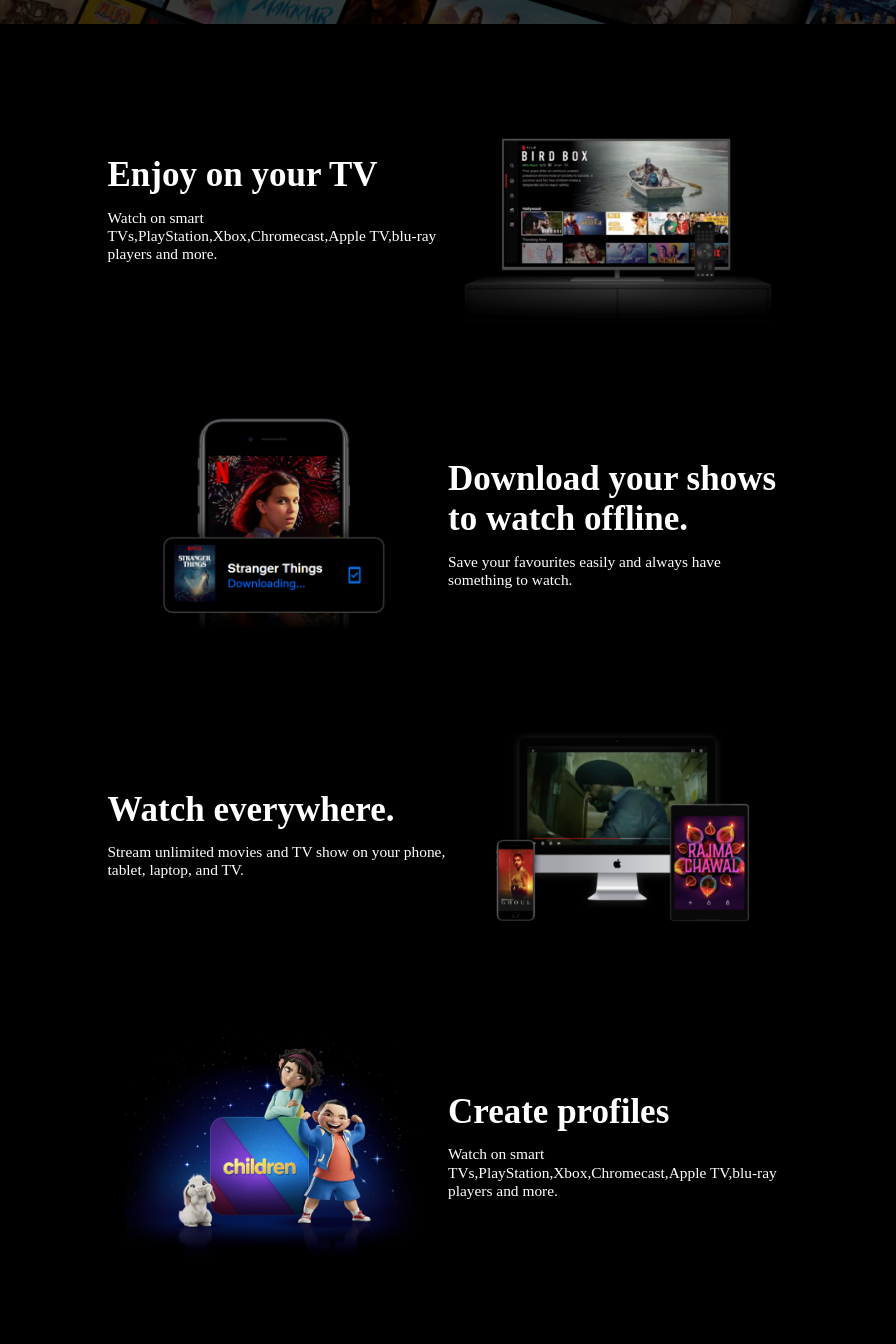
Repository: kiranjeetkaur01/netflixclone.github.io
Page: index.html
An editor plug-in stored every save of this project. The page is shown before and after a run of saves, followed by the edit.
The browser window is 1280 px wide. The pictures show the part of the page from y = 686 to 2606 px (the page is 2606 px tall), at 70% of full size.

Above is the page before, as saved 2023-09-11 17:58:03.

### index.html
<!DOCTYPE html>
<html lang="en">
<head>
    <meta charset="UTF-8">
    <meta name="viewport" content="width=device-width, initial-scale=1.0">
    <title>Netflix Clone</title>
    <link rel="stylesheet" href="style.css">
</head>
<body>
   <div class="header">
<nav>
    <img src="./logo.png" alt="" class="logo">
    <div>
        <button class="language-btn">English <img src="./down-icon.png" alt=""></button>
        <button>Sign In</button>
    </div>
</nav>
<div class="header-content">
    <h1>Laughter. &nbsp;Tears.&nbsp; Thrills.&nbsp; Find it all on <br>Netflix.</h1>
    <h3>Watch anywhere. Cancel anytime.</h3>
    <p>Ready to watch? Enter your email to create or restart your membership.</p>
    <form class="email-signup">
        <input type="email" placeholder="Email address" required>
        <button type="submit">Get Started</button>
    </form>

</div>
   </div>
   <div class="features">
    <div class="row">
        <div class="text-col">
            <h2>Enjoy on your TV</h2>
            <P>Watch on smart TVs,PlayStation,Xbox,Chromecast,Apple TV,blu-ray players and more.</P>
        </div>
        <div class="img-col">
            <img src="./feature-1.png" alt="">
        </div>
    </div>
    <div class="row">
        <div class="img-col">
            <img src="./feature-2.png" alt="">
        </div>
        <div class="text-col">
            <h2>Download your shows to watch offline.</h2>
            <P>Save your favourites easily and always have something to watch.</P>
        </div>

    </div>
    <div class="row">
        <div class="text-col">
            <h2>Watch everywhere.</h2>
            <P>Stream unlimited movies and TV show on your phone, tablet, laptop, and TV.</P>
        </div>
        <div class="img-col">
            <img src="./feature-3.png" alt="">
        </div>
    </div>
    <div class="row">
        <div class="img-col">
            <img src="./feature-4.png" alt="">
        </div>
        <div class="text-col">
            <h2>Create profiles </h2>
            <P>Watch on smart TVs,PlayStation,Xbox,Chromecast,Apple TV,blu-ray players and more.</P>
        </div>

    </div>
   </div>
</body>
</html>

### style.css
*{
    margin: 0;
    padding: 0;
    box-sizing: border-box;
    font-family: gilroy;
}
html,body{
    height: 100%;
    width: 100%;
}
body{
    background: #000;
    color: #fff;
}
.header{
    width: 100%;
    height: 100vh;
    background-image: linear-gradient(rgba(0,0,0,0.7),rgba(0,0,0,0.7)),url(./bg.jpg);
    background-size: cover;
    background-position: center;
    padding: 10px 8%;
    position: relative;
}
nav{
    display: flex;
    align-items: center;
    justify-content: space-between;
    padding: 10px 0;
}
.logo{
    width: 140px;
    cursor: pointer;
}
nav button{
    border: 0;
    outline: 0;
    background: #db0001;
    color: #fff;
    padding: 7px 20px;
    font-size: 12px;
    border-radius: 4px;
    margin-left: 10px;
    cursor: pointer;
}
.language-btn{
    display: inline-flex;
    align-items: center;
    background: transparent;
    border: 1px solid #fff;
    padding: 7px 10px;
}
.language-btn img{
    width: 10px;
    margin-left: 10px;
}

.header-content{
    position: absolute;
    top: 50%;
    left: 50%;
    transform: translate(-50%,-50%);
    text-align: center;
    margin-top: 60px;
}
.header-content h1{
    font-size: 35px;
    line-height: 40px;
    font-weight: 600;
    letter-spacing: 1px;
    max-width: 680px;
}
.header-content h3{
    font-weight: 400;
    margin-bottom: 20px;
}
.email-signup{
    background: #fff;
    border-radius: 4px;
display: flex;
align-items: center;
margin-top: 30px;
overflow: hidden;
}
.email-signup input{
    flex: 1;
    border: 0;
    outline: 0;
    margin-left: 20px;
}
.email-signup button{
    background: #db0001;
    border: 0;
    outline: 0;
    color: #fff;
    font-size: 16px;
    cursor: pointer;
    padding: 15px 30px;
}
/* --------features---------- */
.features{
    padding: 50px 12%;
    font-size: 22px;
}
.row{
    display: flex;
    width: 100%;
    align-items: center;
    flex-wrap: wrap;
    padding: 50px 0;
}
.text-col{
    flex-basis: 50%;
    margin-bottom: 20px;
}
.img-col{
    flex-basis: 50%;
    margin-bottom: 20px;
}
.img-col img{
    display: block;
    width: 90%;
    margin: auto;

}
.features h2{
    font-size: 50px;
    font-weight: 600;
    margin-bottom: 20px;
}

After the next 2 saves:
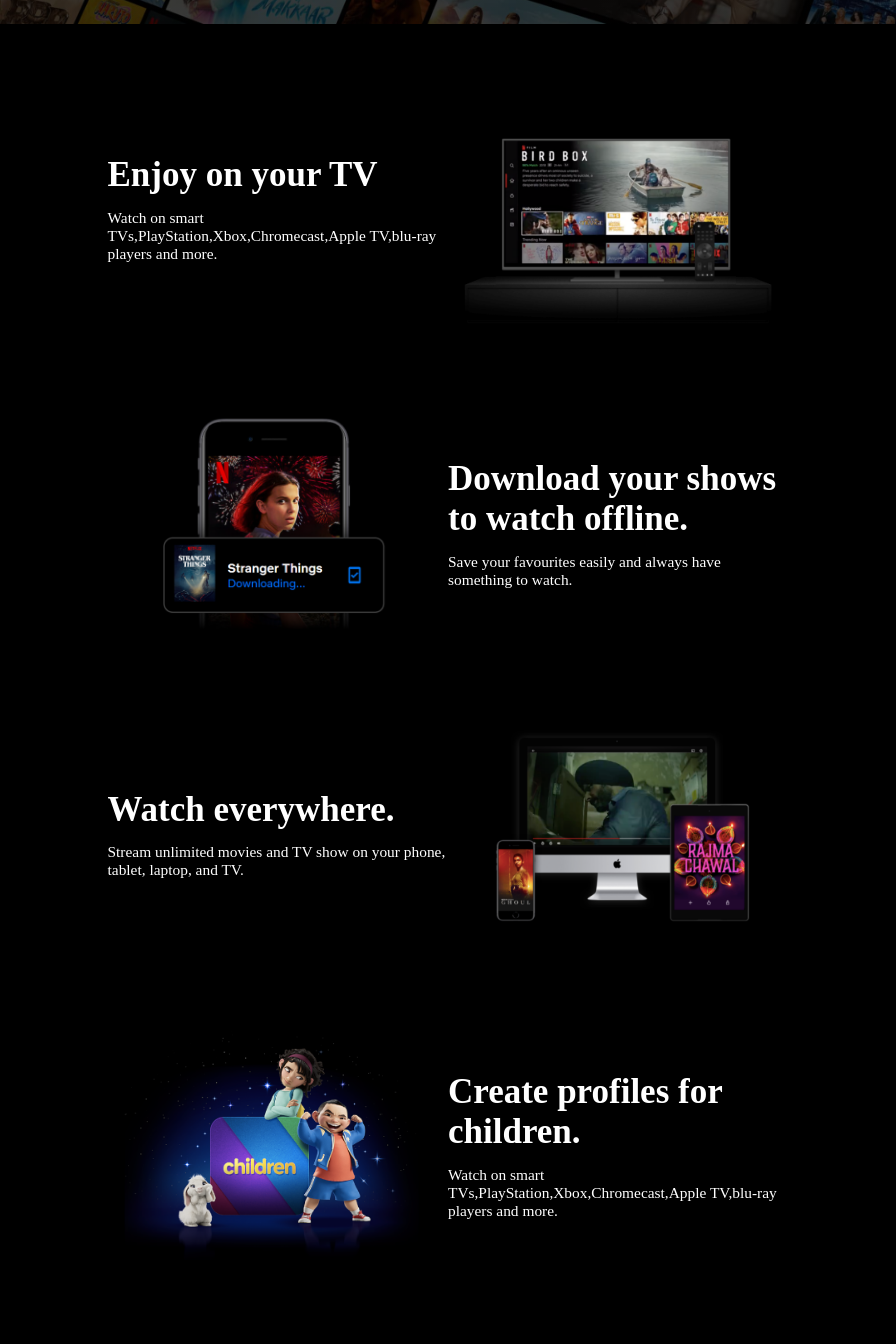
The 2 saves are shown as one change because they came seconds apart.
The last was saved 6 s later.
--- a/index.html
+++ b/index.html
@@ -60,7 +60,7 @@
             <img src="./feature-4.png" alt="">
         </div>
         <div class="text-col">
-            <h2>Create profiles </h2>
+            <h2>Create profiles for children.</h2>
             <P>Watch on smart TVs,PlayStation,Xbox,Chromecast,Apple TV,blu-ray players and more.</P>
         </div>
 
